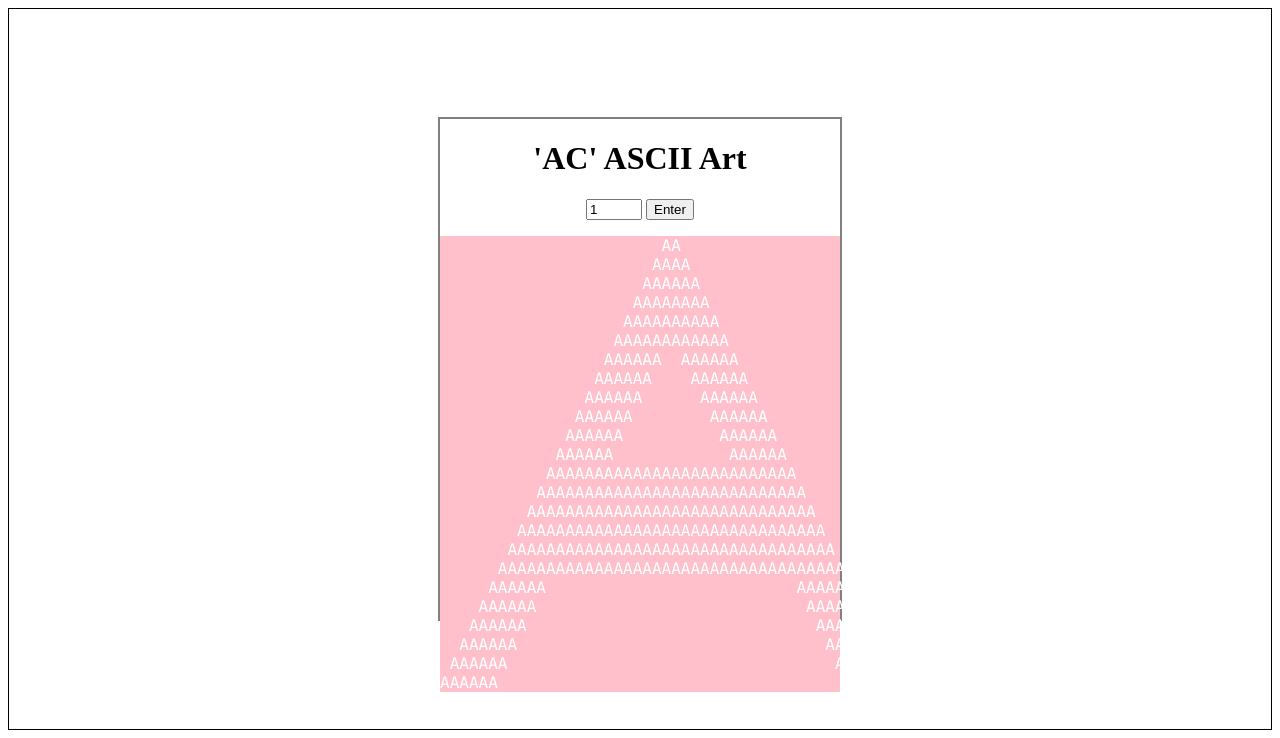
Repository: Achorn/ascii-art
Page: index.html
These files come from the project's save history. The page is drawn as it stood at one moment and after the next save; the edit follows.
The browser window is 1280 px wide. The pictures show the whole page.

Above is the page before, as saved 2021-08-09 17:40:07.

### index.html
<!DOCTYPE html>
<html lang="en">
  <head>
    <link rel="stylesheet" href="styles.css" />
    <meta charset="UTF-8" />
    <meta http-equiv="X-UA-Compatible" content="IE=edge" />
    <meta name="viewport" content="width=device-width, initial-scale=1.0" />
    <title>Document</title>
  </head>
  <body>
    <form>
      <h1>'AC' ASCII Art</h1>
      <input type="number" min="1" value="1" max="10" />
      <button>Enter</button>
      <div id="ascii">
        <div id="a-container">
          <p id="mono-a" style="font-family: 'Lucida Console', monospace"></p>
        </div>
        <div id="c-container">
          <p id="mono-c" style="font-family: 'Lucida Console', monospace"></p>
        </div>
      </div>
    </form>
    <script type="text/javascript" src="myscripts.js"></script>
  </body>
</html>

### styles.css
body {
  border: 1px solid black;
  display: flex;
  flex-direction: column;
  justify-content: center;
  align-items: center;
  height: 100vh;
}

form {
  border: 2px solid grey;
  height: 500px;
  width: 400px;
  text-align: center;
}

.ascii {
  border-radius: 1px solid black;
}

#a-container {
  background-color: pink;
}
#c-container {
  background-color: pink;
}
#mono-a {
  /* font-size: 25.5vw; */
  color: white;
  white-space: pre;
}
#mono-c {
  color: white;
  white-space: pre;
}

### myscripts.js
let four = [
  [" ", " ", " ", "A"],
  [" ", " ", "A", " "],
  [" ", "A", "A", "A"],
  ["A", " ", " ", " "],
];

let eight = [
  [
    " ",
    " ",
    " ",
    " ",
    " ",
    " ",
    " ",
    "A",
    "A",
    " ",
    " ",
    " ",
    " ",
    " ",
    " ",
    " ",
  ],
  [
    " ",
    " ",
    " ",
    " ",
    " ",
    " ",
    "A",
    "A",
    "A",
    "A",
    " ",
    " ",
    " ",
    " ",
    " ",
    " ",
  ],
  [
    " ",
    " ",
    " ",
    " ",
    " ",
    "A",
    "A",
    " ",
    " ",
    "A",
    "A",
    " ",
    " ",
    " ",
    " ",
    " ",
  ],
  [
    " ",
    " ",
    " ",
    " ",
    "A",
    "A",
    "A",
    "A",
    "A",
    "A",
    "A",
    "A",
    " ",
    " ",
    " ",
    " ",
  ],
  [
    " ",
    " ",
    " ",
    "A",
    "A",
    "A",
    "A",
    "A",
    "A",
    "A",
    "A",
    "A",
    "A",
    " ",
    " ",
    " ",
  ],
  [
    " ",
    " ",
    "A",
    "A",
    " ",
    " ",
    " ",
    " ",
    " ",
    " ",
    " ",
    " ",
    "A",
    "A",
    " ",
    " ",
  ],
  [
    " ",
    "A",
    "A",
    " ",
    " ",
    " ",
    " ",
    " ",
    " ",
    " ",
    " ",
    " ",
    " ",
    "A",
    "A",
    " ",
  ],
  [
    "A",
    "A",
    " ",
    " ",
    " ",
    " ",
    " ",
    " ",
    " ",
    " ",
    " ",
    " ",
    " ",
    " ",
    "A",
    "A",
  ],
];

function scaleSpread(array, factor) {
  const scaled = [];

  for (const row of array) {
    let x = [];

    for (const item of row) x.push(...Array(factor).fill(item));

    scaled.push(...Array(factor).fill(x));
  }

  return scaled;
}
let sixteen = scaleSpread(eight, 2);

function arrToString(arr) {
  let string = "";
  for (let i = 0; i < arr.length; i++) {
    string += arr[i].join("") + "<br>";
  }
  return string;
}

function halfArrToString(arr) {
  let string = "";
  for (let i = 0; i < arr.length; i++) {
    string += arr[i].join("");
    let rev = arr[i].slice();
    string += rev.reverse().join("");
    string += "<br>";
  }
  return string;
}
function trimA(arr, lWidth) {
  for (i = 0; i < arr.length; i++) {
    let disp = lWidth - (i % lWidth) - 1;
    let newArr = arr[i].slice();
    for (let j = 0; j < disp; j++) {
      newArr.pop();
      newArr.unshift(" ");
    }
    arr[i] = newArr;
  }
}

let monoA = document.getElementById("mono-a");
let monoC = document.getElementById("mono-c");
let scale = 6;
let scaled = scaleSpread(four, scale);
trimA(scaled, scale);

// mono.innerHTML = halfArrToString(scaleSpread(four, 7));
monoC.innerHTML = halfArrToString(scaled);
// mono.innerHTML += arrToString(scaleSpread(eight, 1));

After the next save:
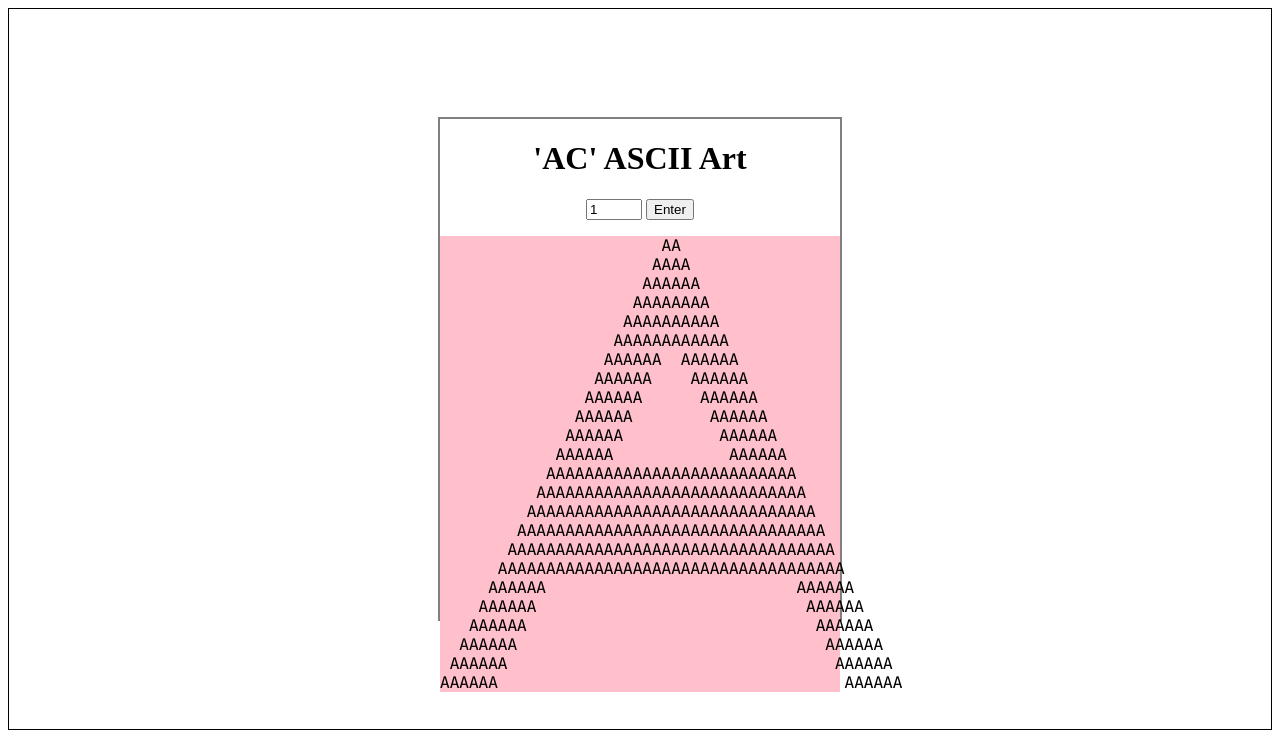
Saved 15 s later.
--- a/styles.css
+++ b/styles.css
@@ -26,10 +26,9 @@ form {
 }
 #mono-a {
   /* font-size: 25.5vw; */
-  color: white;
+
   white-space: pre;
 }
 #mono-c {
-  color: white;
   white-space: pre;
 }
